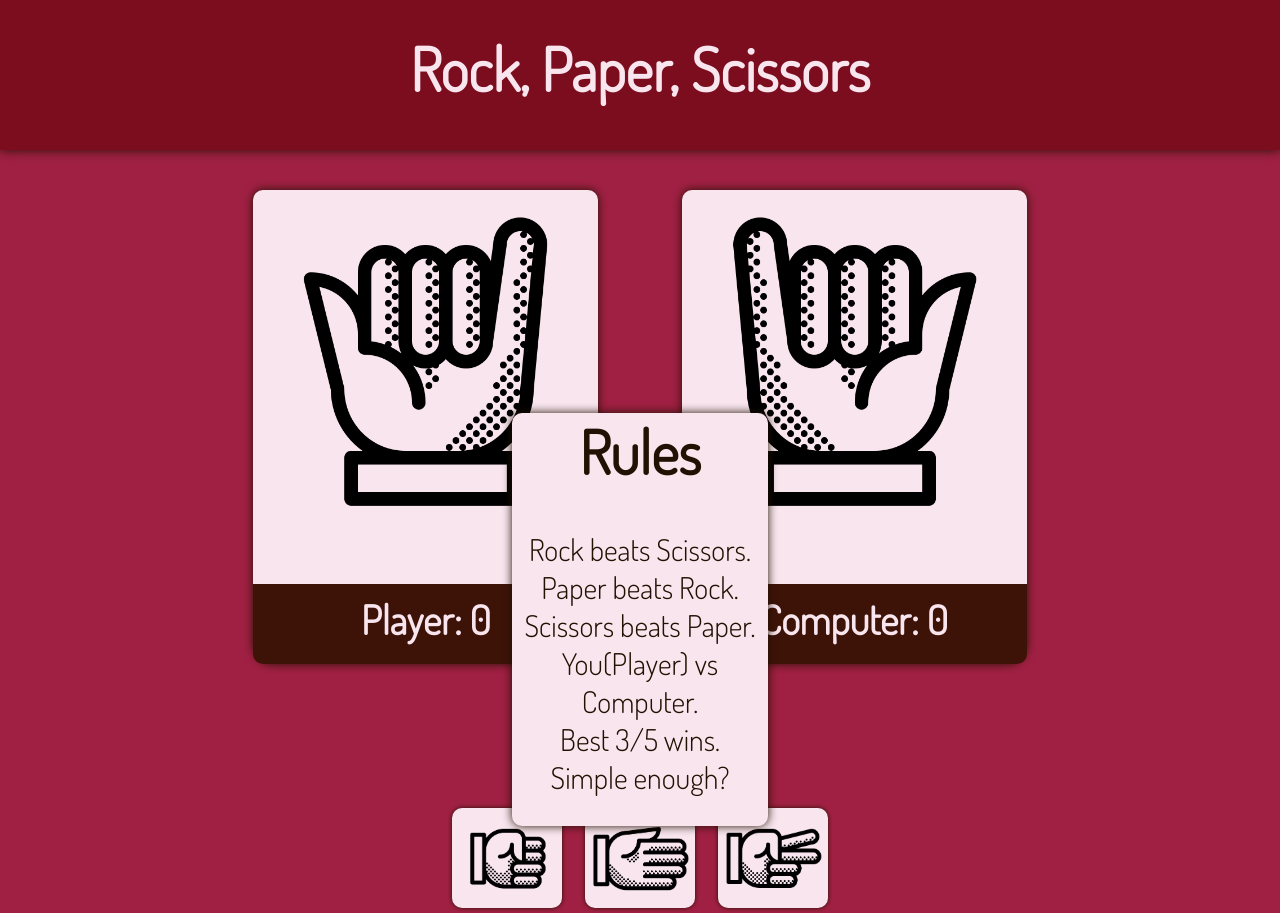
Repository: shayanabedi98/rock-paper-scissors
Page: index.html
These files come from the project's save history. The page is drawn as it stood at one moment and after the next save; the edit follows.
The browser window is 1280 px wide. The pictures show the whole page.

Above is the page before, as saved 2023-07-14 19:31:59.

### index.html
<!DOCTYPE html>
<html lang="en">
<head>
    <meta charset="UTF-8">
    <meta name="viewport" content="width=device-width, initial-scale=1.0">
    <title>Rock, Paper, Scissors</title>
    <link rel="preconnect" href="https://fonts.googleapis.com">
    <link rel="preconnect" href="https://fonts.gstatic.com" crossorigin>
    <link href="https://fonts.googleapis.com/css2?family=Dosis:wght@300&display=swap" rel="stylesheet">
    <link rel="stylesheet" href="styles.css">
</head>
<body>
    <div class="header">
        <h1>Rock, Paper, Scissors</h1>
    </div>
    <div class="container">
        <div class="card">
            <div class="player">
                <img src="resources/startleft.png" alt="Starting image before game">
                <h3>Player: 0</h3>
            </div>
        </div>
        <div class="card">
            <div class="computer">
                <img src="resources/start.png" alt="Starting image before game">
                <h3>Computer: 0</h3>
            </div>
        </div>
    </div>
    <div class="caption">
        <h2>Pick Your Hand</h2>
    </div>
    <div class="button-container">
        <button class="btn" id="rock"><img src="resources/rockleft.png" alt="rock option"></button>
        <button class="btn" id="paper"><img src="resources/paperleft.png" alt="paper option"></button>
        <button class="btn" id="scissors"><img src="resources/scissorsleft.png" alt="scissors option"></button>
    </div>
    <div class="rules">
        <h1>Rules</h1>
        <p>Rock beats Scissors. <br>Paper beats Rock. <br>Scissors beats Paper. <br>You(Player) vs Computer. <br>Best 3/5 wins. <br>Simple enough?</p>
    </div>
    <script src="index.js"></script>
</body>
</html>

### styles.css
body {
    font-family:'Dosis', sans-serif;
    margin: 0;
    padding: 0;
    background-color: #9F2042;
    color: #F8E5EE;
}

h1 {
    font-size: 60px;
    margin-top: 0;

}

.header {
    text-align: center;
    background-color: #7B0D1E;
    height: 120px;
    padding-top: 30px;
    box-shadow: 0 0 10px 0 #211103;
}

.caption {
    text-align: center;
    font-size: 30px;
}

.container {
    text-align: center;
    display: block;
    margin-top: 40px;
}

.card {
    display: inline-block;
    background-color: #F8E5EE;
    box-shadow: 0 0 8px 0 #211103;
    margin: 0 40px;
    border-radius: 10px 10px 20px 20px;
}

.card img {
    height: 350px;
    width: 345px;
}

.card h3 {
    font-size: 40px;
    color: #F8E5EE;
    background-color: #3D1308;
    margin-bottom: 0;
    height: 70px;
    padding-top: 10px;
    border-radius: 0  0 10px 10px;
}

.button-container {
    text-align: center;
    margin-top: 50px;
}

#rock, #paper, #scissors {
    font-family: 'Dosis', sans-serif;
    background-color: #F8E5EE;
    color: #211103;
    width: 110px;
    height: 100px;
    cursor: pointer;
    border: 0;
    border-radius: 10px;
    box-shadow: 0 0 4px 0 #211103;
    margin: 0 10px;
}

#rock img, #paper img, #scissors img {
    height: 100px;
}

#rock:hover, #paper:hover, #scissors:hover {
    box-shadow: 0 0 10px 0 #211103;
}

#rock:active, #paper:active, #scissors:active, #rock img:active, #paper img:active, #scissors img:active {
    box-shadow: none;
    height: 99px;
}

.rules {
    background-color: #F8E5EE;
    color: #211103;
    position: absolute;
    box-shadow: 0 0 10px 0 #211103;
    border-radius: 10px;
    text-align: center;
    margin-left: 40%;
    transform: translateY(-500px);
    width: 20%;
    z-index: 1;
}

.rules p {
    font-size: 30px;
}

.winner {
    text-align: center;
    margin-top: 350px;
}

.winner button {
    font-family: 'Dosis', sans-serif;
    font-size: 40px;
    font-family: 'Dosis', sans-serif;
    background-color: #F8E5EE;
    color: #211103;
    width: 200px;
    height: 100px;
    cursor: pointer;
    border: 0;
    border-radius: 10px;
    box-shadow: 0 0 4px 0 #211103;
    margin-top: 50px;
}

### index.js
var scoreP = 0;
var scoreC = 0;
var winner = document.querySelector('.winner h1');
var caption = document.querySelector('.caption h2');
var rock = document.querySelector('#rock');
var paper = document.querySelector('#paper');
var scissors = document.querySelector('#scissors');
var computer = document.querySelector('.computer img');
var player = document.querySelector('.player img');
var btn = document.querySelectorAll('.btn');
var playerPick;
var computerPick;

function rng() {
    return Math.floor(Math.random() * 3) + 1;
};

rock.addEventListener('click', function() {
    player.src = 'resources/rockleft.png';
    playerPick = 'rock';
});
paper.addEventListener('click', function() {
    player.src = 'resources/paperleft.png';
    playerPick = 'paper';
});
scissors.addEventListener('click', function() {
    player.src = 'resources/scissorsleft.png';
    playerPick = 'scissors';
});

for (let i = 0; i < btn.length; i ++){
    btn[i].addEventListener('click', function() {
        rng();
        if (rng() === 1) {
            computer.src = 'resources/rock.png';
            computerPick = 'rock';
        } else if (rng() === 2) {
            computer.src = 'resources/paper.png';
            computerPick = 'paper';
        } else if (rng() === 3) {
            computer.src = 'resources/scissors.png';
            computerPick = 'scissors';
        }

        if (playerPick === computerPick) {
            caption.innerHTML = 'Tie!';
        }

        else if ((playerPick === 'rock' && computerPick === 'paper') || (playerPick === 'scissors' && computerPick === 'rock') || (playerPick === 'paper' && computerPick === 'scissors')) {
            caption.innerHTML = 'Point for Computer!';
            scoreC ++;
        }

        else if ((playerPick === 'rock' && computerPick === 'scissors') || (playerPick === 'scissors' && computerPick === 'paper') || (playerPick === 'paper' && computerPick === 'rock')) {
            caption.innerHTML = 'Point for Player!';
            scoreP ++;
        }

        document.querySelector('.player h3').innerHTML = 'Player: ' + scoreP;
        document.querySelector('.computer h3').innerHTML = 'Computer: ' + scoreC;

        if (scoreC === 3) {
            window.location.replace('./winner.html');
        } else if (scoreP === 3) {
            window.location.replace('./loser.html');
        }
    });
};

function playAgain() {
    window.location.replace('./index.html');
}

After the next save:
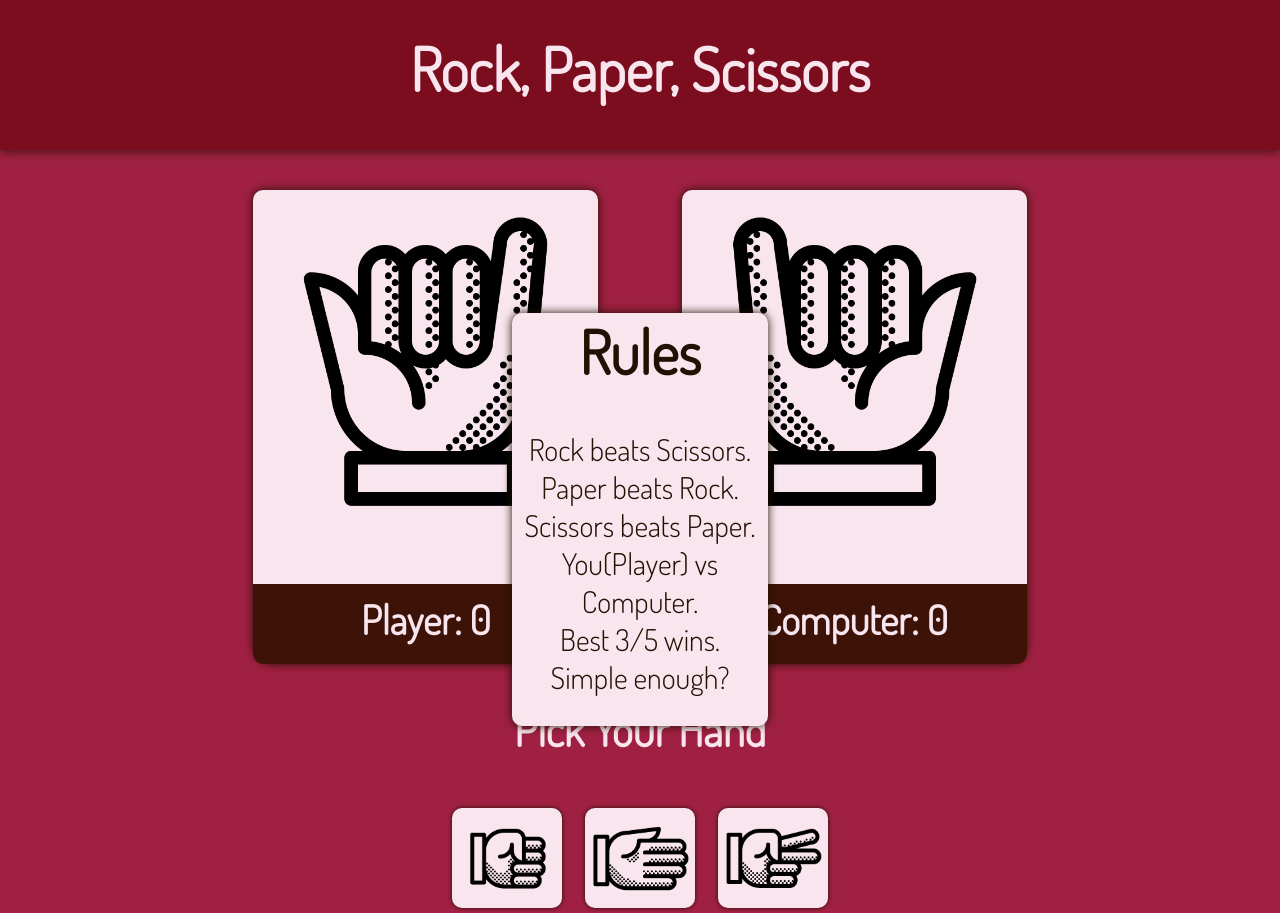
Saved 4 s later.
--- a/styles.css
+++ b/styles.css
@@ -93,7 +93,7 @@ h1 {
     border-radius: 10px;
     text-align: center;
     margin-left: 40%;
-    transform: translateY(-500px);
+    transform: translateY(-600px);
     width: 20%;
     z-index: 1;
 }
